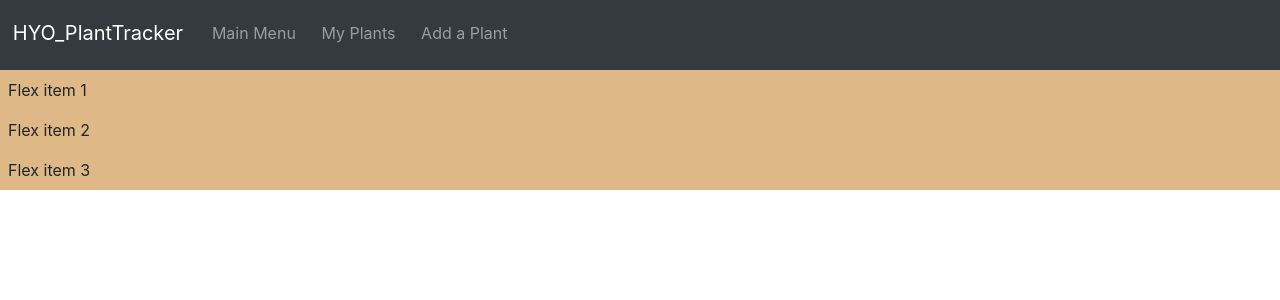
Repository: emersonwilliams/HYO_PlantTracker
Page: capstone_app/plant_tracker/templates/myplants.html
The author's editor kept a copy of each file at every save. The page is drawn from the files as they stood at one save, then again after the next save.
The browser window is 1280 px wide. The pictures show the whole page.

Above is the page before, as saved 2020-08-02 01:32:03.

After the next save:
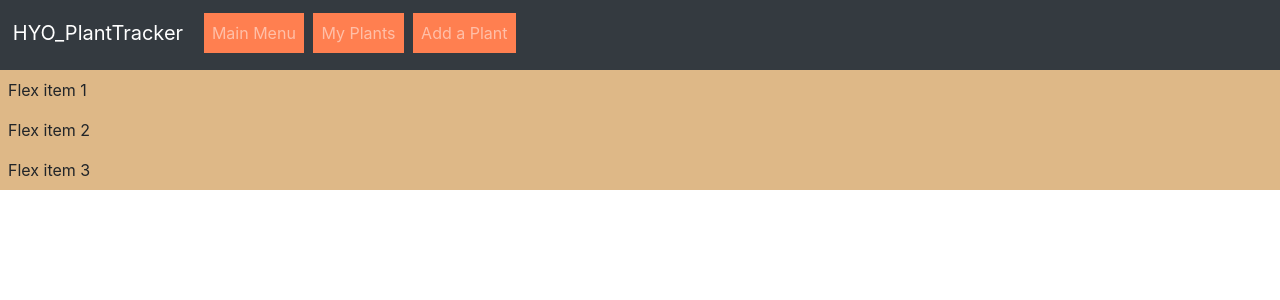
Saved 6 s later.
--- a/capstone_app/plant_tracker/static/css/myplants.css
+++ b/capstone_app/plant_tracker/static/css/myplants.css
@@ -5,7 +5,7 @@
 .op1{
     /* padding: 2em 2em 2em 2em; */
     margin: 0.3em ;
-    background-color: ;
+    background-color: coral;
 }
 
 .k1{

After the 2 saves that followed:
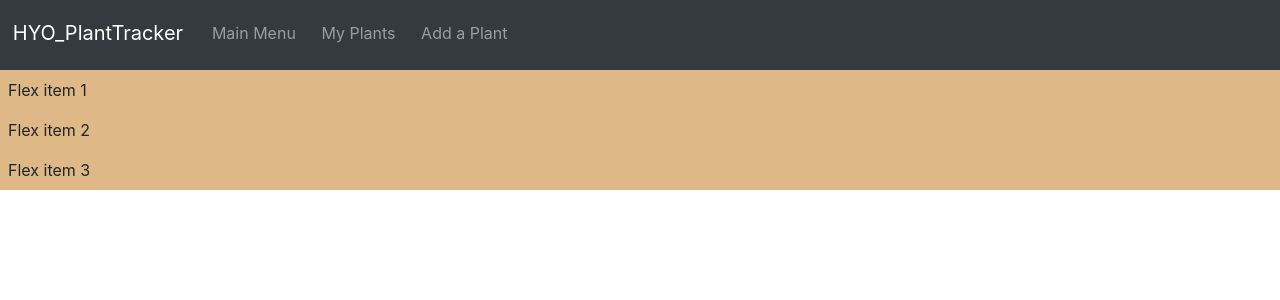
The 2 saves are shown as one change because they came seconds apart.
The last was saved 16 s later.
--- a/capstone_app/plant_tracker/static/css/myplants.css
+++ b/capstone_app/plant_tracker/static/css/myplants.css
@@ -5,7 +5,7 @@
 .op1{
     /* padding: 2em 2em 2em 2em; */
     margin: 0.3em ;
-    background-color: coral;
+    background-color: #;
 }
 
 .k1{
